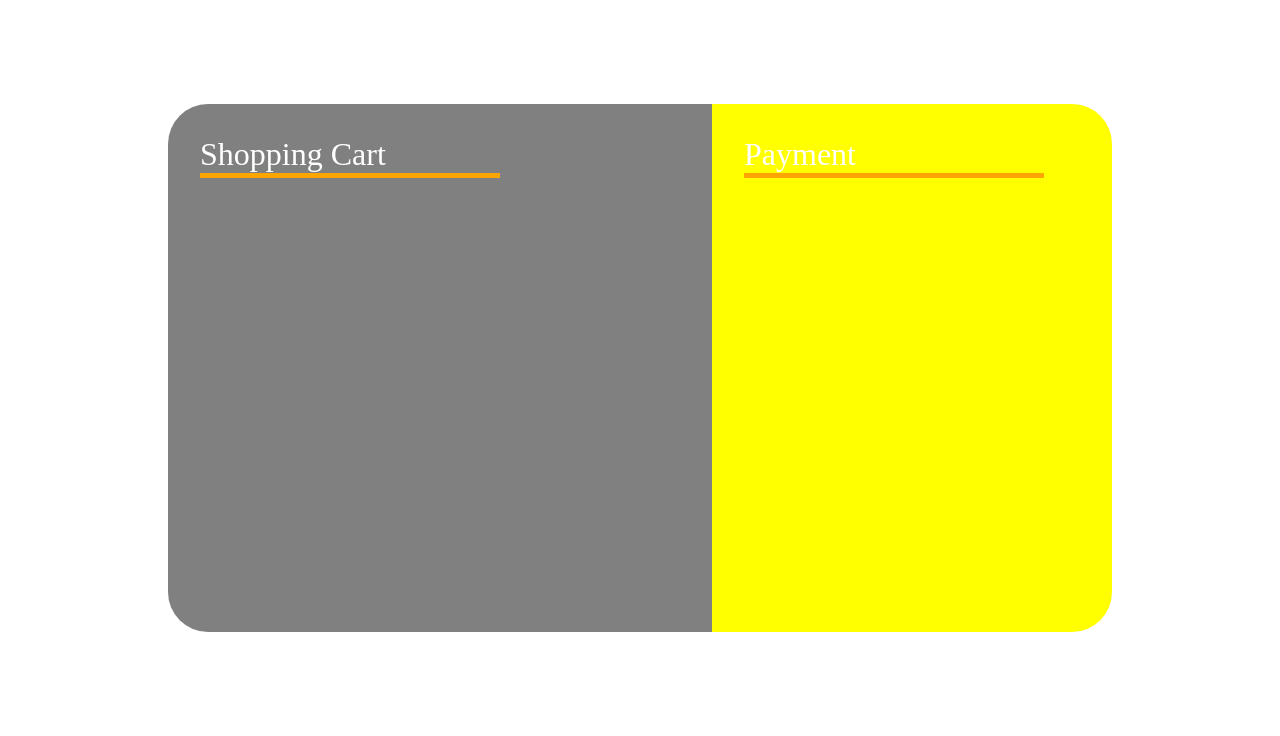
Repository: NDBaoFE/pizza-ordering-hiep
Page: /checkout
The author's editor kept a copy of each file at every save. The page is drawn from the files as they stood at one save, then again after the next save.
The browser window is 1280 px wide. The pictures show the whole page.
The project was rebuilt for these pictures with package versions that can differ from the ones it lists, and the page was loaded fresh each time.

Above is the page before, as saved 2022-08-27 21:57:35.

### public/index.html
<!DOCTYPE html>
<html lang="en">
  <head>
    <meta charset="utf-8" />
    <link rel="icon" href="%PUBLIC_URL%/avatar.png" />
    <meta name="viewport" content="width=device-width, initial-scale=1" />
    <meta name="theme-color" content="#000000" />
    <link rel="apple-touch-icon" href="%PUBLIC_URL%/avatar.png" />
    <title>Pizza Ordering</title>
  </head>
  <body>
    <noscript>You need to enable JavaScript to run this app.</noscript>
    <div id="root"></div>
  </body>
</html>

### src/App.js
import RouterComponent from './router'

function App() {
  return <>{RouterComponent}</>
}

export default App

### src/router/index.js
import { BrowserRouter, Routes, Route } from 'react-router-dom'
import Checkout from '../pages/Checkout'

const privateRoutes = [{ name: 'checkout', path: '/checkout', element: <Checkout /> }]

const RouterComponent = (
  <BrowserRouter>
    <Routes>
      {privateRoutes.map((route) => (
        <Route key={route.name} path={route.path} element={route.element} />
      ))}
    </Routes>
  </BrowserRouter>
)

export default RouterComponent

### src/pages/Checkout/index.jsx
import React from 'react'
import * as Styled from './Checkout.styled'

const Checkout = (props) => {
  return (
    <Styled.Background>
      <Styled.Cart>
        <Styled.Header>Shopping Cart</Styled.Header>
      </Styled.Cart>
      <Styled.Payment>
        <Styled.Header>Payment</Styled.Header>
      </Styled.Payment>
    </Styled.Background>
  )
}

Checkout.propTypes = {}

export default Checkout

### src/pages/Checkout/Checkout.styled.js
import styled from 'styled-components'

export const Background = styled.div`
  box-sizing: border-box;
  width: 100%;
  height: 100vh;
  padding: 6rem 10rem;
  display: flex;
  overflow-y: hidden;
`
export const Cart = styled.div`
  padding: 2rem;
  display: block;
  background-color: gray;
  flex: 1;
  border-top-left-radius: 40px;
  border-bottom-left-radius: 40px;
`
export const Payment = styled.div`
  box-sizing: border-box;
  padding: 2rem;
  min-width: 400px;
  background-color: yellow;
  border-top-right-radius: 40px;
  border-bottom-right-radius: 40px;
`

export const Header = styled.header`
  font-size: 2rem;
  color: #fff;

  &::after {
    content: '';
    display: block;
    width: 300px;
    height: 5px;
    background-color: orange;
  }
`

Loaded but not shown: src/index.js (common file)

After the next save:
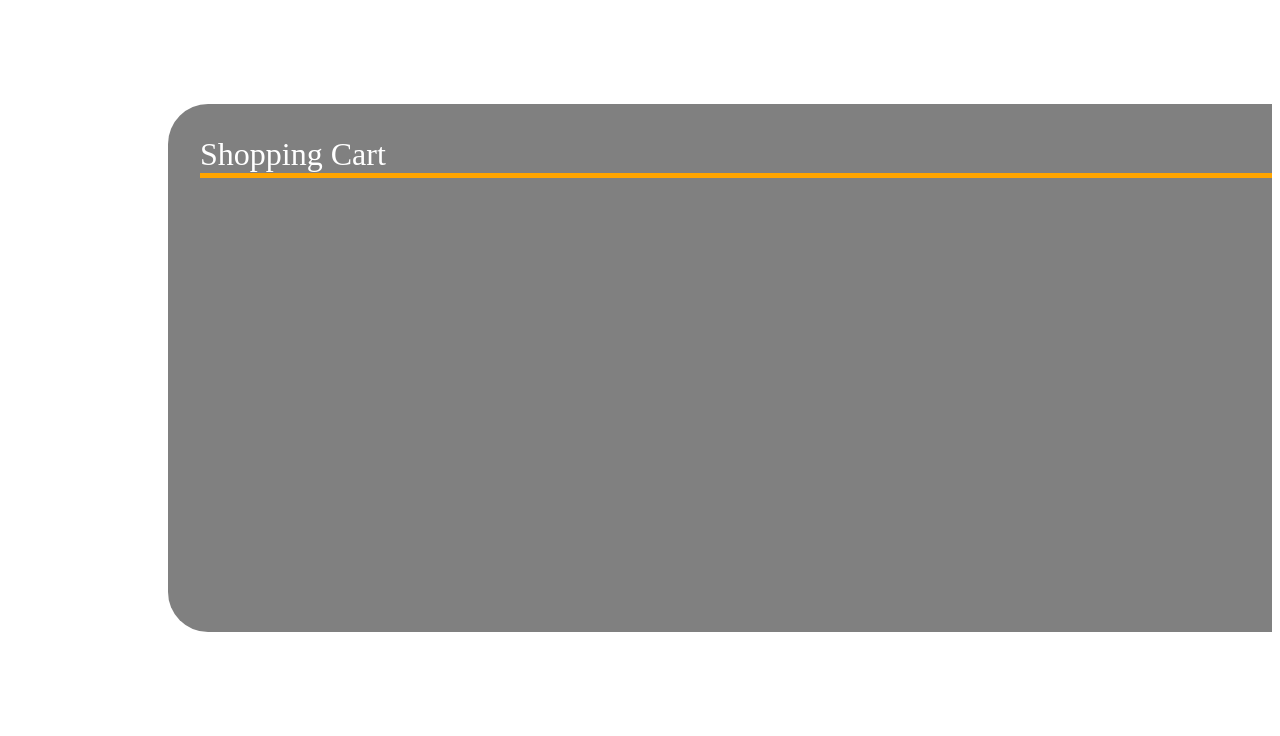
Saved 4 s later.
--- a/src/pages/Checkout/Checkout.styled.js
+++ b/src/pages/Checkout/Checkout.styled.js
@@ -32,7 +32,7 @@
   &::after {
     content: '';
     display: block;
-    width: 300px;
+    width: 2750px;
     height: 5px;
     background-color: orange;
   }

After the save that followed:
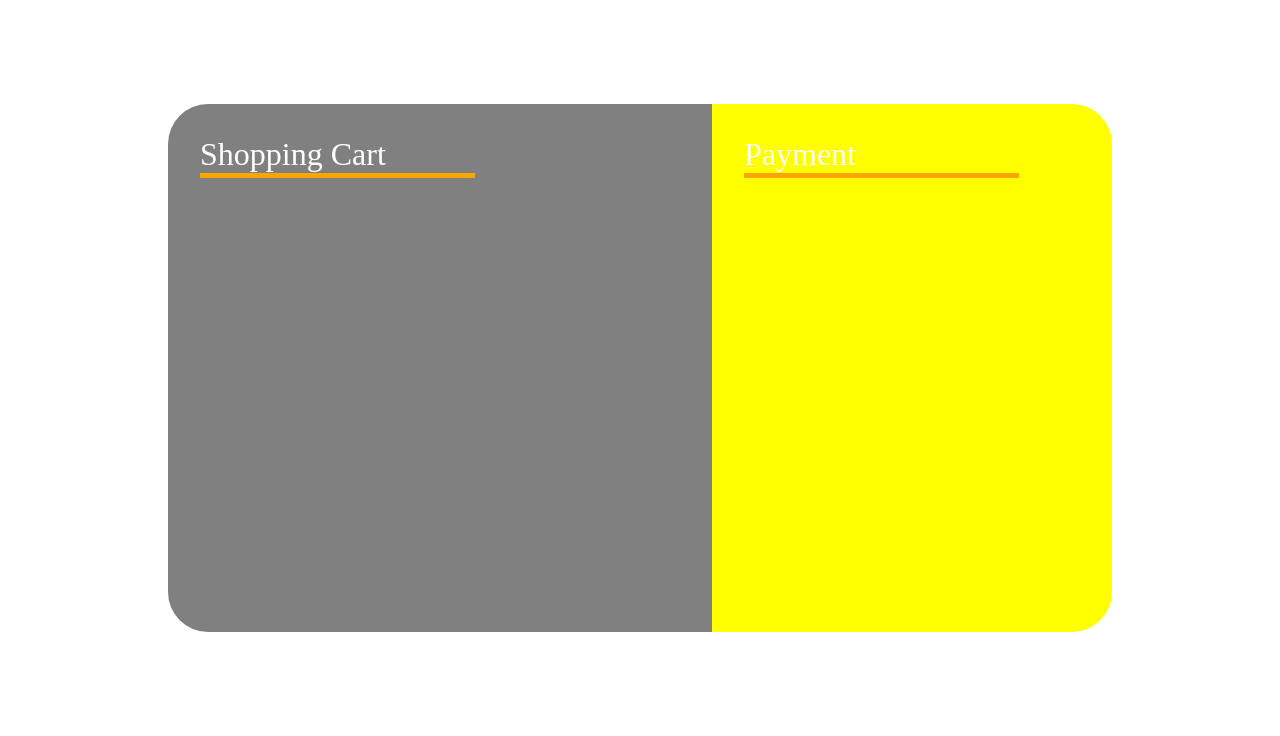
Saved 4 s later.
--- a/src/pages/Checkout/Checkout.styled.js
+++ b/src/pages/Checkout/Checkout.styled.js
@@ -32,7 +32,7 @@
   &::after {
     content: '';
     display: block;
-    width: 2750px;
+    width: 275px;
     height: 5px;
     background-color: orange;
   }
